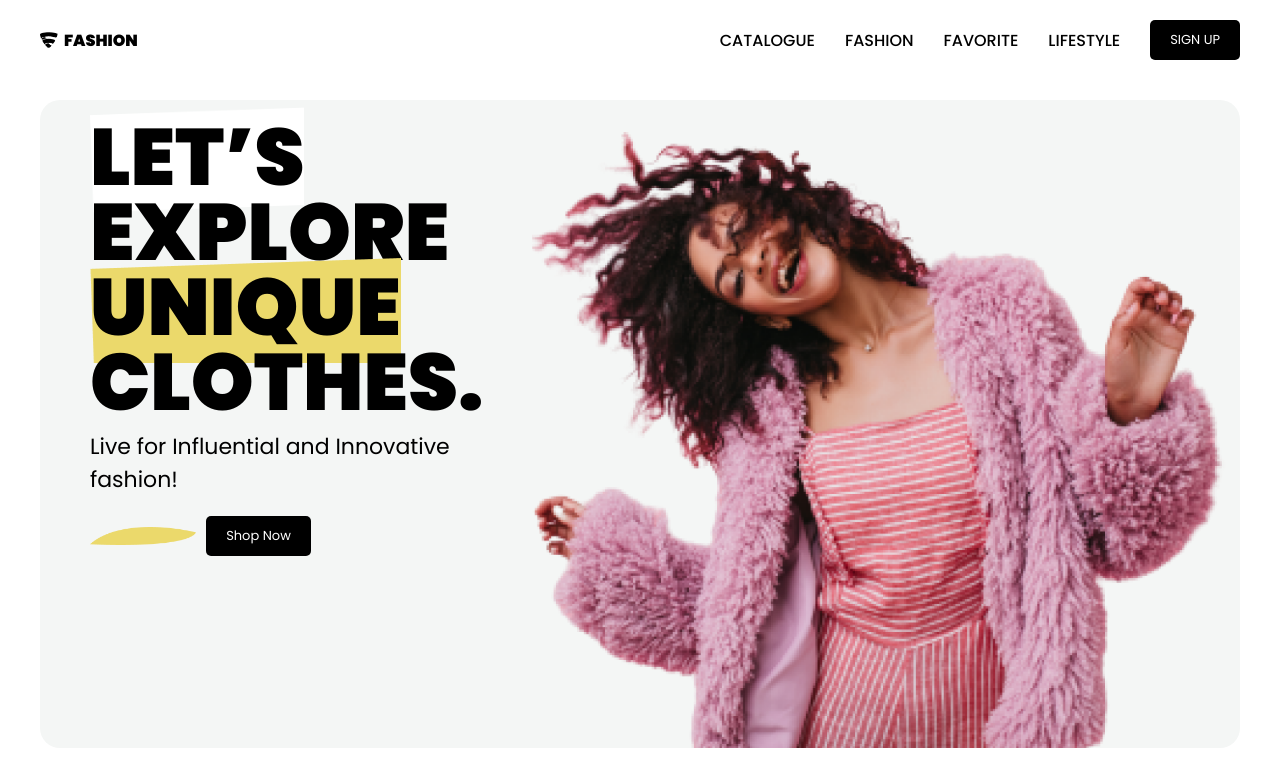
Repository: isaacCodes1/FashionSite2
Page: index.html
These files come from the project's save history. The page is drawn as it stood at one moment and after the next save; the edit follows.
The browser window is 1280 px wide. The pictures show the whole page.

Above is the page before, as saved 2024-03-11 14:51:51.

### index.html
<!DOCTYPE html>
<html lang="en">
  <head>
    <meta charset="UTF-8" />
    <meta name="viewport" content="width=device-width, initial-scale=1.0" />
    <link rel="stylesheet" href="/style.css" />
    <title>Shopping Site</title>
  </head>
  <body>
    <header>
      <nav>
        <div class="logo">
          <a href="#"> <img src="/Assets/Vector.png" alt="" /> FASHION</a>
        </div>
        <div class="navList">
          <ul>
            <li><a href="#">CATALOGUE</a></li>
            <li><a href="#">FASHION</a></li>
            <li><a href="#">FAVORITE</a></li>
            <li><a href="#">LIFESTYLE</a></li>
          </ul>
          <button>SIGN UP</button>
        </div>
      </nav>
    </header>
    <main>
      <section class="landingPageContainer">
        <div class="landingPage">
          <div class="textContainer">
            <h1>
              <span class="span1">LET’S</span> EXPLORE
              <span class="span2">UNIQUE</span> CLOTHES.
            </h1>
            <p>Live for Influential and Innovative fashion!</p>
            <div class="textBtn">
              <img src="/Assets/Vector 9.png" alt="" />
              <button class="btn">Shop Now</button>
            </div>
          </div>
          <div class="imgContainer">
            <img src="/Assets/girl.png" alt="" />
          </div>
        </div>
      </section>
    </main>
  </body>
</html>

### style.css
@import url("https://fonts.googleapis.com/css2?family=Poppins:ital,wght@0,100;0,200;0,300;0,400;0,500;0,600;0,700;0,800;0,900;1,100;1,200;1,300;1,400;1,500;1,600;1,700;1,800;1,900&display=swap");
* {
  margin: 0;
  padding: 0;
  box-sizing: border-box;
  font-family: "Poppins", sans-serif;
}
nav {
  display: flex;
  align-items: center;
  justify-content: space-between;
  width: 100%;
  padding: 20px 40px;
}
.logo a {
  display: flex;
  align-items: center;
  gap: 6px;
  text-decoration: none;
  color: black;
  font-size: 16px;
  font-weight: 900;
}
.logo a img {
  width: 16%;
}
.navList {
  display: flex;
  gap: 30px;
  align-items: center;
}
.navList ul {
  display: flex;
  gap: 30px;
  list-style: none;
}
.navList ul li a {
  text-decoration: none;
  color: black;
  font-size: 16px;
  font-weight: 500;
}
.navList ul li:hover {
  transform: scale(1.02);
  transition: 1s ease-in-out;
}
.navList button {
  border: 0;
  background: black;
  padding: 10px 20px;
  color: white;
  border-radius: 5px;
  font-size: 13px;
}
.navList button:hover {
  transform: scale(1.02);
  transition: 1s ease-in-out;
  color: black;
  background: rgb(137, 136, 136);
}

/* landingPageContainer */
.landingPageContainer {
  padding: 20px 40px;
}
.landingPage {
  display: flex;
  flex: 1;
  width: 100%;
  height: 90vh;
  padding: 20px 10px 0px 10px;
  border-radius: 20px;
  background: #f4f6f5;
}
.textContainer {
  display: flex;
  flex: 0.5;
  flex-direction: column;
  gap: 10px;
  padding-left: 40px;
}
.textContainer h1 {
  font-size: 80px;
  font-weight: 900;
  width: 50%;
  line-height: 75px;
}
.textContainer p {
  font-size: 22px;
}

.textBtn {
  display: flex;
  align-items: center;
  width: 80%;
  margin-top: 10px;
  gap: 10px;
}
.btn {
  border: 0;
  background: black;
  padding: 10px 20px;
  color: white;
  border-radius: 5px;
  font-size: 13px;
}
.btn:hover {
  transform: scale(1.02);
  transition: 1s ease-in-out;
  color: black;
  background: rgb(137, 136, 136);
}
.textBtn img {
  width: 30%;
}
.imgContainer {
  flex: 0.5;
  display: flex;
  /* border: 1px solid; */
}
.span1 {
  background-image: url(/Assets/Rectangle\ 3.png);
  background-size: cover;
  height: 117px;
}
.span2 {
  background-image: url(/Assets/Rectangle\ 6.png);
}

After the next save:
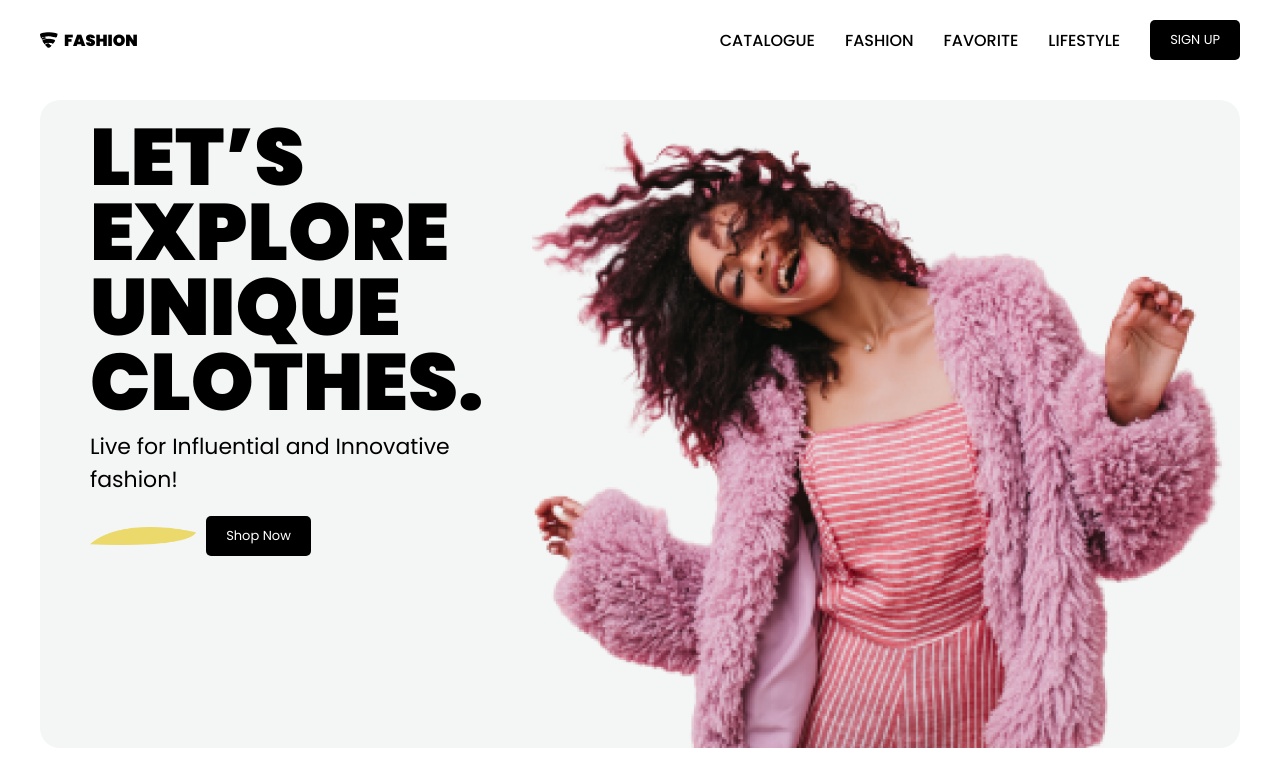
Saved 19 h 4 min later.
--- a/style.css
+++ b/style.css
@@ -118,11 +118,3 @@
   display: flex;
   /* border: 1px solid; */
 }
-.span1 {
-  background-image: url(/Assets/Rectangle\ 3.png);
-  background-size: cover;
-  height: 117px;
-}
-.span2 {
-  background-image: url(/Assets/Rectangle\ 6.png);
-}
